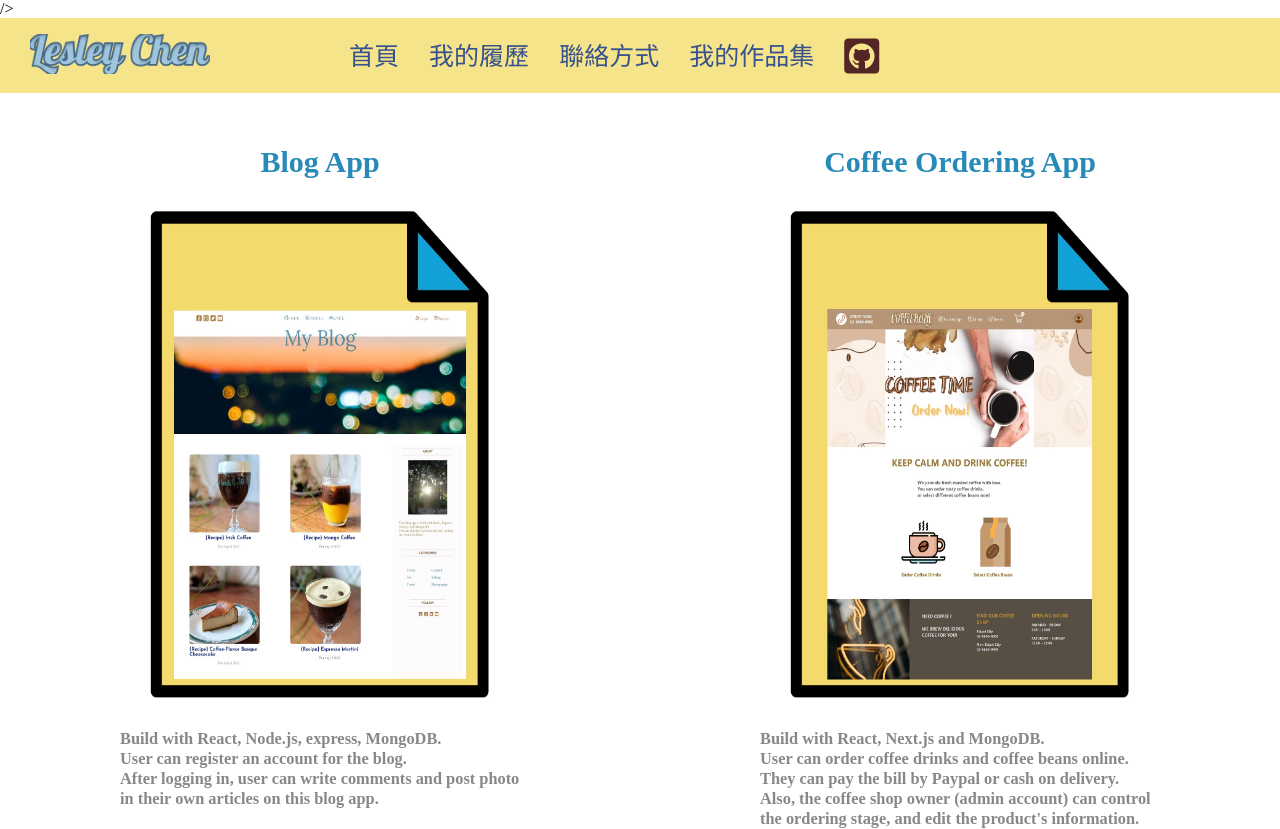
Repository: lcjyc/portfolio-website
Page: /portfolio
The author's editor kept a copy of each file at every save. The page is drawn from the files as they stood at one save, then again after the next save.
The browser window is 1280 px wide. The pictures show the whole page.
Some web libraries are served in a nearby version. The project was rebuilt for these pictures with package versions that can differ from the ones it lists, and the page was loaded fresh each time. Also part of the build but not shown: src/pages/home/home.css, src/pages/home/Home.jsx, src/pages/resume/resume.css, src/pages/resume/Resume.jsx, src/pages/contact/contact.css, src/pages/contact/Contact.jsx.

Above is the page before, as saved 2022-08-21 16:17:50.

### public/index.html
<!DOCTYPE html>
<html lang="zh-tw">
  <head>
    <meta charset="utf-8" />
    <meta name="viewport" content="width=device-width, initial-scale=1" />
    <meta name="theme-color" content="#000000" />
    <meta
      name="description"
      content="Web site created using create-react-app"
    />
    <link
      href="https://fonts.googleapis.com/css2?family=Josefin+Sans:wght@100;200;300;400;500;600;700&family=Lora:ital@0;1&family=Varela&family=Varela+Round&display=swap"
      rel="stylesheet"
    />
    <link
      rel="stylesheet"
      href="https://cdnjs.cloudflare.com/ajax/libs/font-awesome/6.1.2/css/all.min.css"
      integrity="sha512-1sCRPdkRXhBV2PBLUdRb4tMg1w2YPf37qatUFeS7zlBy7jJI8Lf4VHwWfZZfpXtYSLy85pkm9GaYVYMfw5BC1A=="
      crossorigin="anonymous"
      referrerpolicy="no-referrer"
    />
    />
    <style>
      * {
        margin: 0;
      }
    </style>
    <style>
      .link {
        text-decoration: none;
        color: inherit;
      }
    </style>
    <title>Lesley Chen|Portfolio</title>
  </head>

  <body>
    <noscript>You need to enable JavaScript to run this app.</noscript>
    <div id="root"></div>
  </body>
</html>

### src/App.js
import TopBar from "./components/topbar/TopBar";
import Home from "./pages/home/Home";
import Resume from "./pages/resume/Resume";
import Contact from "./pages/contact/Contact";
import Portfolio from "./pages/portfolio/Portfolio";

import { BrowserRouter as Router, Routes, Route } from "react-router-dom";

function App() {
  return (
    <Router>
      <TopBar />
      <Routes>
        <Route path="/" element={<Home />} />
        <Route path="/resume" element={<Resume />} />
        <Route path="/contact" element={<Contact />} />
        <Route path="/portfolio" element={<Portfolio />} />
      </Routes>
    </Router>
  );
}

export default App;

### src/components/topbar/TopBar.jsx
import { Link } from "react-router-dom";
import lesley from "../../images/lesley.png";
import "./topbar.css";

export default function TopBar() {
  return (
    <div className="top">
      <div className="topLeft">
        <img src={lesley} alt="" className="topImg" />
      </div>

      <div className="topRight">
        <ul className="topList">
          <li className="topListItem">
            <Link className="link" to="/">
              首頁
            </Link>
          </li>
          <li className="topListItem">
            <Link className="link" to="/resume">
              我的履歷
            </Link>
          </li>
          <li className="topListItem">
            <Link className="link" to="/contact">
              聯絡方式
            </Link>
          </li>
          <li className="topListItem">
            <Link className="link" to="/portfolio">
              我的作品集
            </Link>
          </li>
          <li>
            <a href="https://github.com/lcjyc/">
              <i className="topIcon fab fa-github-square"></i>
            </a>
          </li>
        </ul>
      </div>
    </div>
  );
}

### src/pages/portfolio/Portfolio.jsx
import "./portfolio.css";
import blog from "../../images/blog.jpg";
import coffeeorder from "../../images/coffeeorder.jpg";

const portfolio = () => {
  return (
    <div className="portfolio">
      <div className="left">
        <a
          href="https://lesleyblog.herokuapp.com/"
          target="_blank"
          rel="noopener noreferrer"
          className="link"
        >
          <h1 className="app">Blog App</h1>
        </a>
        <img src={blog} alt="" className="img" />
        <div className="desc">
          <h3>
            Build with React, Node.js, express, MongoDB.
            <br />
            User can register an account for the blog.
            <br />
            After logging in, user can write comments and post photo in their
            own articles on this blog app.
            <br />
          </h3>
        </div>
      </div>
      <div className="right">
        <a
          href="https://coffee-ordering.vercel.app/"
          target="_blank"
          rel="noopener noreferrer"
          className="link"
        >
          <h1 className="app">Coffee Ordering App</h1>
        </a>
        <img src={coffeeorder} alt="" className="img" />
        <div className="desc">
          <h3>
            Build with React, Next.js and MongoDB.
            <br />
            User can order coffee drinks and coffee beans online.
            <br />
            They can pay the bill by Paypal or cash on delivery.
            <br />
            Also, the coffee shop owner (admin account) can control the ordering
            stage, and edit the product's information.
          </h3>
        </div>
      </div>
    </div>
  );
};

export default portfolio;

### src/components/topbar/topbar.css
.top {
  width: 100%;
  height: 6vh;
  background-color: rgba(243, 217, 90, 0.7);
  position: sticky;
  top: 0;
  padding: 1rem 0rem;
  display: flex;
  align-items: center;
  z-index: 999;
}

.topLeft {
  flex: 3;
}

.topImg {
  margin-left: 30px;
  width: 180px;
  height: 40px;
}

.topRight {
  flex: 8;
  display: flex;
}

.topIcon {
  font-size: 40px;
  margin-right: 10px;
  color: rgb(83, 37, 37);
  cursor: pointer;
}

.topList {
  display: flex;
  justify-content: center;
  margin: 0;
  padding: 0;
  list-style: none;
}

.topListItem {
  margin-right: 30px;
  font-size: 25px;
  color: rgb(55, 82, 141);
  cursor: pointer;
}

.topListItem :hover {
  color: white;
}

### src/pages/portfolio/portfolio.css
.portfolio {
  display: flex;
  height: 87vh;
  width: 100%;
  padding-top: 3vh;
}

.left,
.right {
  flex: 1;
  padding: 30px;
  display: block;
  text-align: center;
  width: 600px;
}

.link {
  text-decoration: none;
  cursor: pointer;
}

.app {
  color: rgb(39, 138, 184);
  font-size: 30px;
}

.img {
  height: 550px;
  width: 350px;
  display: block;
  margin: auto;
}

.desc {
  width: 400px;
  text-align: start;
  display: block;
  margin: auto;
  font-size: 14px;
  color: #888;
}

Loaded but not shown: src/index.js (common file)

After the next save:
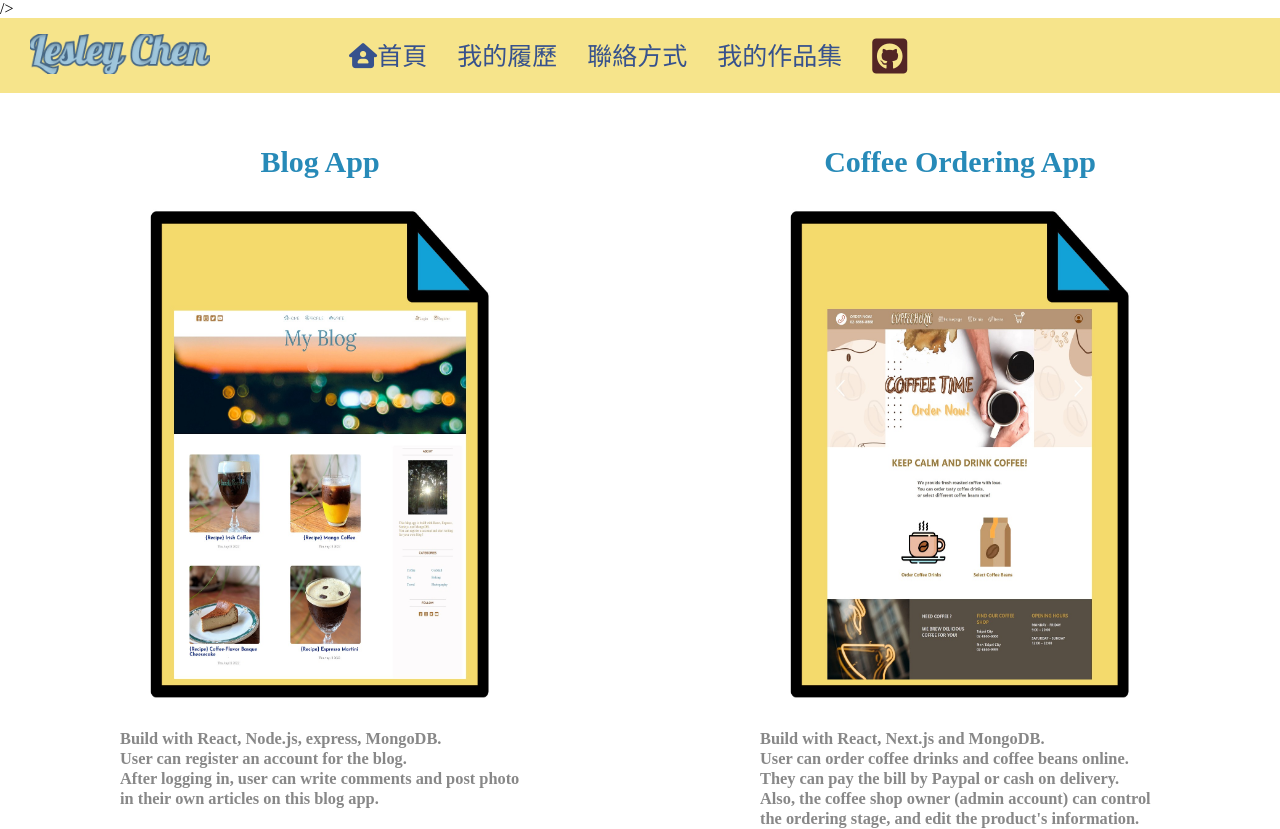
Saved 2 min 5 s later.
--- a/src/components/topbar/TopBar.jsx
+++ b/src/components/topbar/TopBar.jsx
@@ -12,6 +12,7 @@ export default function TopBar() {
       <div className="topRight">
         <ul className="topList">
           <li className="topListItem">
+            <i class="fa-solid fa-house-user"></i>
             <Link className="link" to="/">
               首頁
             </Link>
